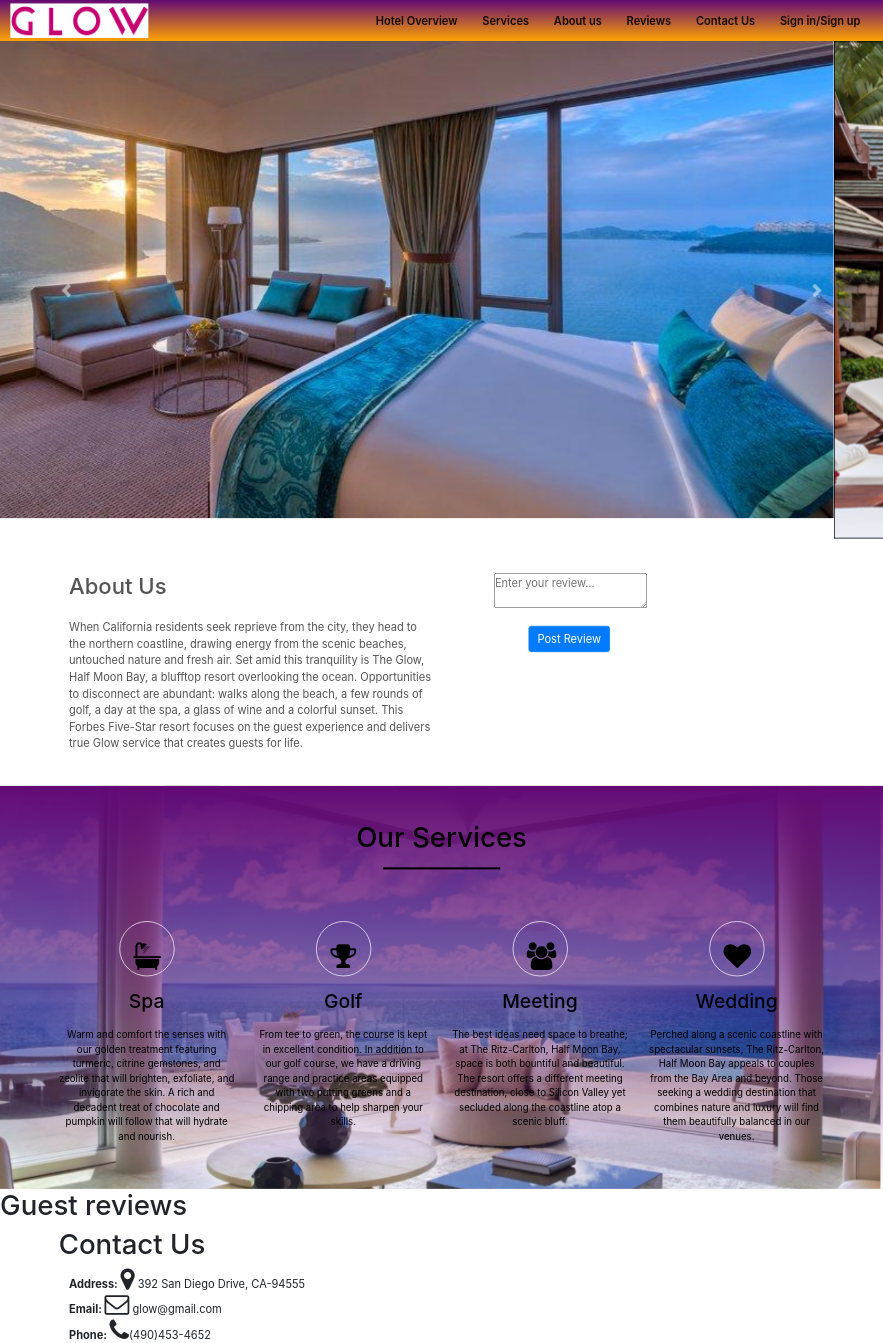
Repository: M-p1998/solo-dojo-project
Page: http://localhost/hotel/WEB-INF/hotel/home.jsp
These files come from the project's save history. The page is drawn as it stood at one moment and after the next save; the edit follows.
The browser window is 1280 px wide. The pictures show the whole page, at 69% of full size.
Backgrounds fixed to the window are drawn as part of the page. Some web libraries are served in a nearby version. The page is served by Tomcat 9. Nobody is signed in. The template is opened directly, without the code that normally fills it, so the values that code supplies are empty.

Above is the page before, as saved 2022-02-13 18:18:52.

After the next save:
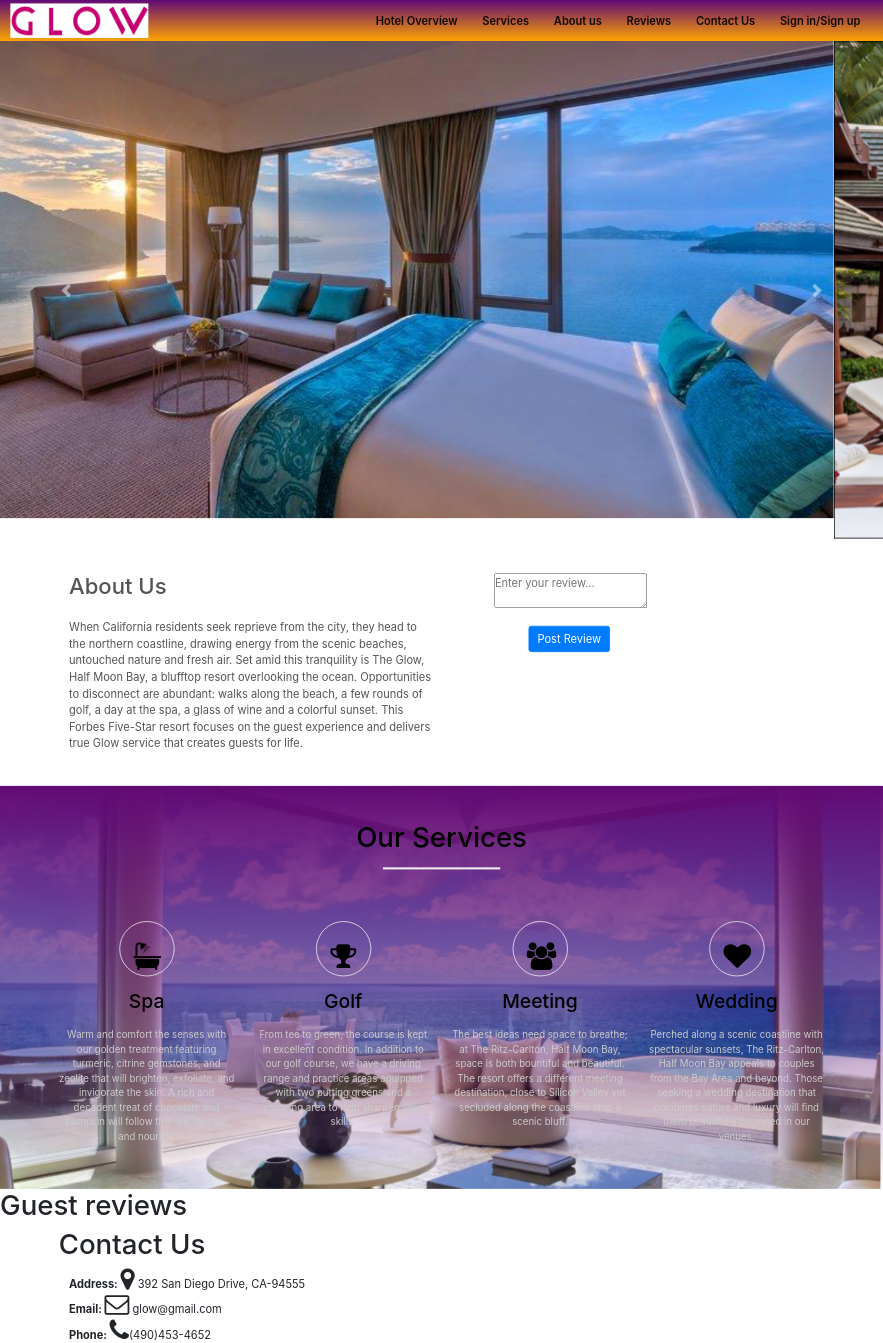
Saved 102 s later.
--- a/hotel/src/main/webapp/css/home.css
+++ b/hotel/src/main/webapp/css/home.css
@@ -84,7 +84,7 @@
 
 #services h1::after{
 	content: '';
-	background: black;
+	background: #efefef;
 	display: block;
 	height: 3px;
 	width: 170px;
@@ -108,6 +108,7 @@
 #services p{
 	font-size: 14px;
 	margin-top: 20px;
+	color: #ccc;
 
 }
 

After the save that followed:
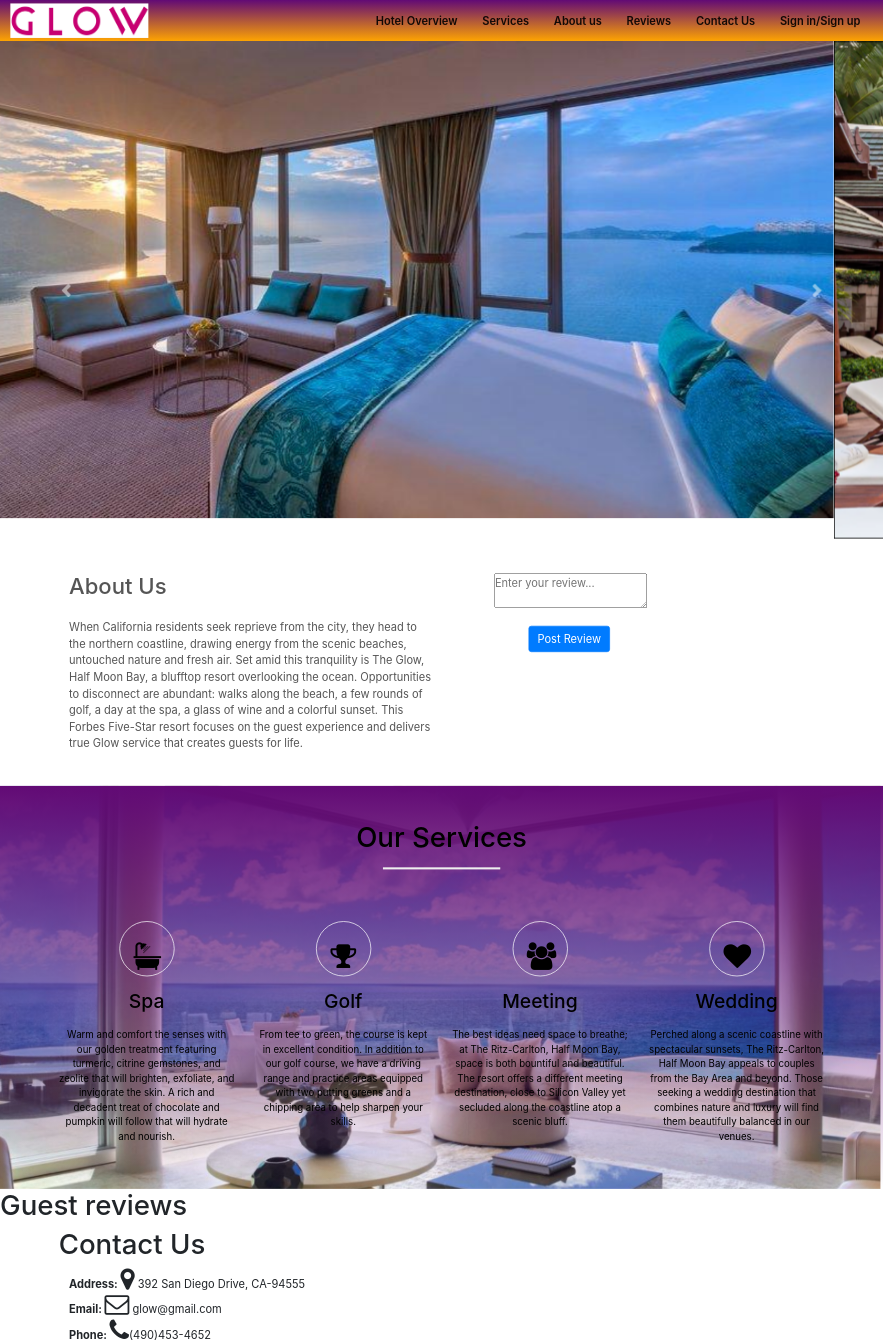
Saved 31 s later.
--- a/hotel/src/main/webapp/css/home.css
+++ b/hotel/src/main/webapp/css/home.css
@@ -108,7 +108,7 @@
 #services p{
 	font-size: 14px;
 	margin-top: 20px;
-	color: #ccc;
+	color: black solid;
 
 }
 
